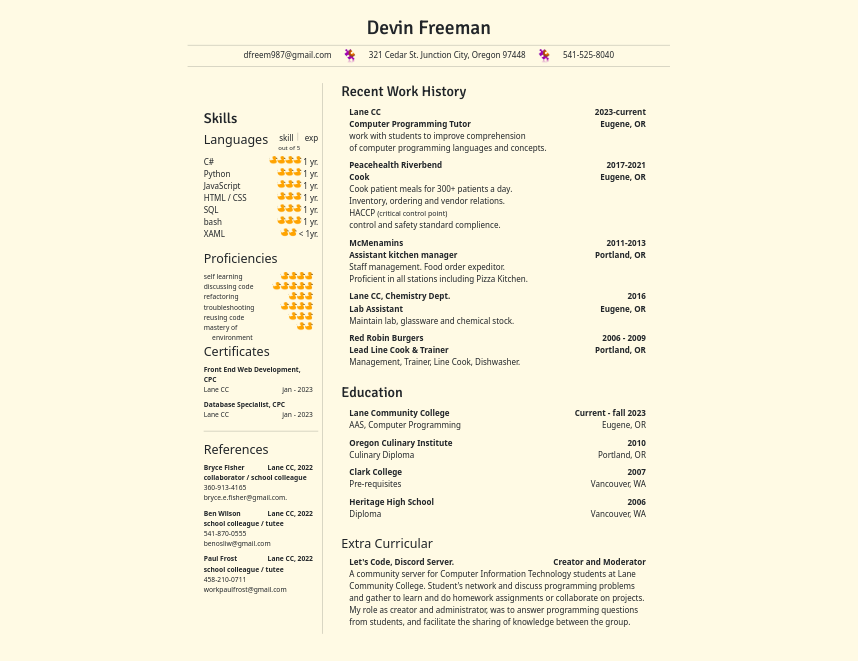
Repository: Dfreem/Resume
Page: index.html
An editor plug-in stored every save of this project. The page is shown before and after the next save, followed by the edit.
The browser window is 1280 px wide. The pictures show the whole page, at 67% of full size.

Above is the page before, as saved 2023-01-20 10:53:55.

After the next save:
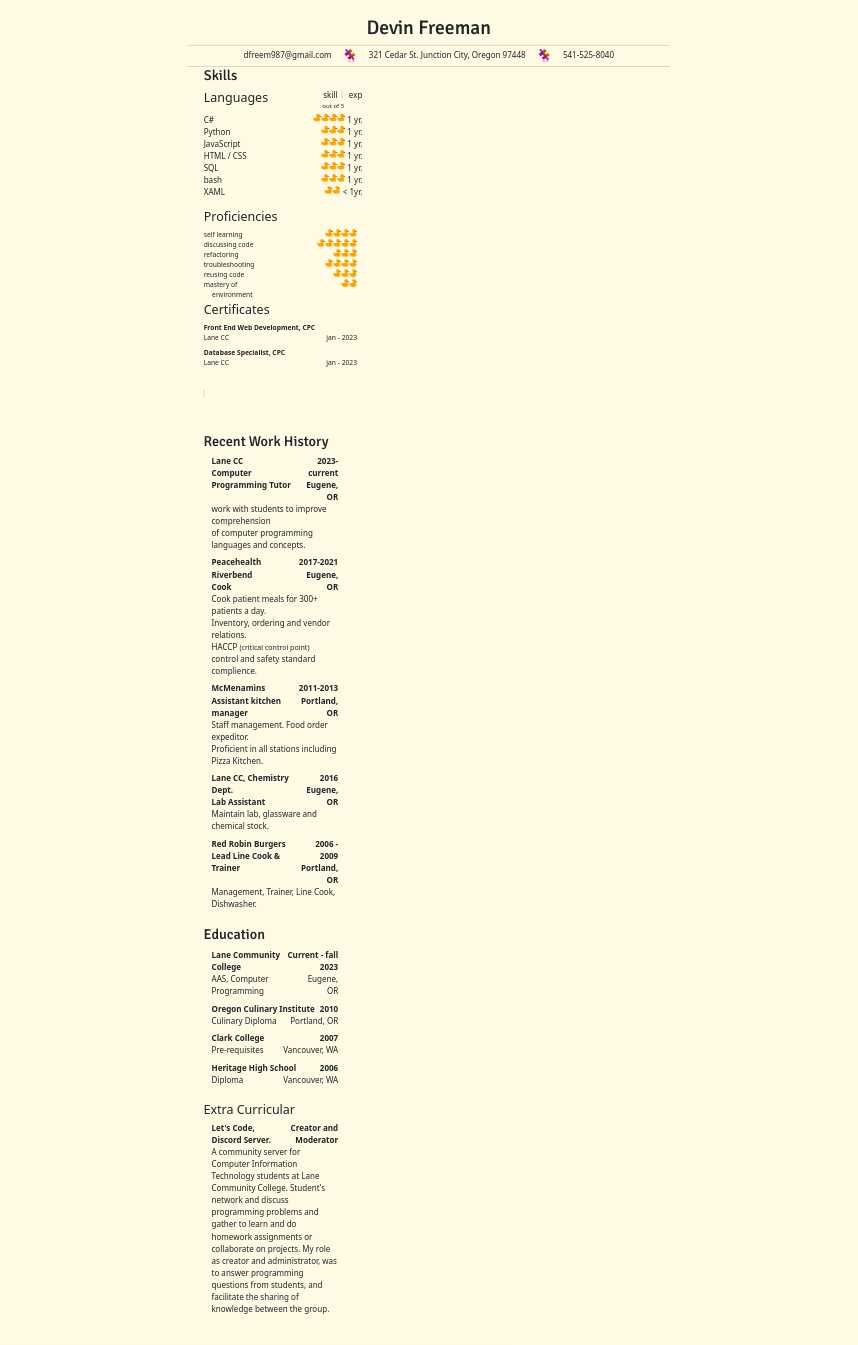
Saved 23 days later.
--- a/index.html
+++ b/index.html
@@ -126,7 +126,7 @@
 
             <!-- ========= Professional References ========= -->
 
-            <hr class="my-3" />
+            <!-- <hr class="my-3" />
             <h3>References</h3>
             <dl class="profs me-2">
                 <dt class="d-flex flex-row flex-nowrap">
@@ -170,7 +170,7 @@
 
                 </dd>
             </dl>
-        </div>
+        </div> -->
         <div class="vr my-4"></div>
         <div class="vstack work-stack">
 
